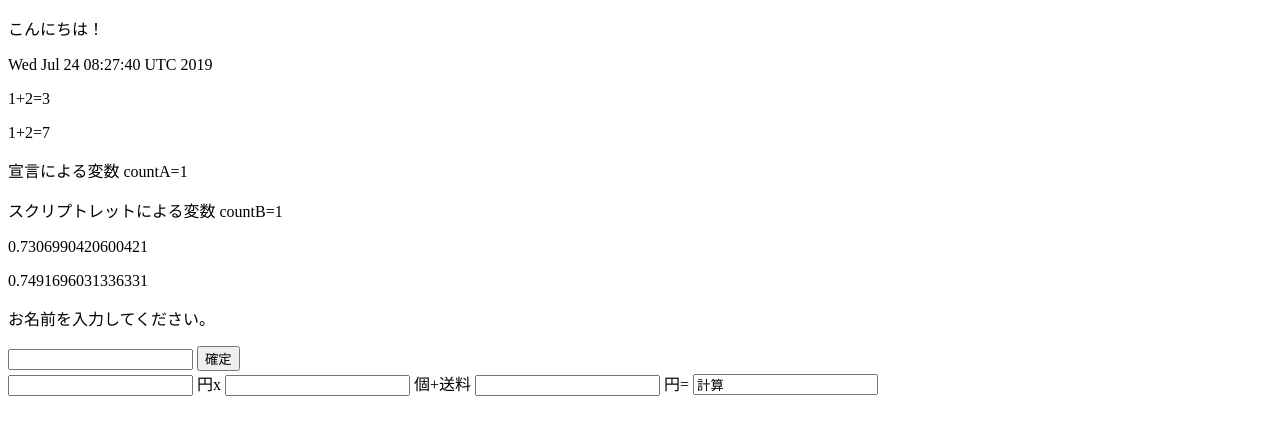
Repository: 0702tk/test
Page: http://localhost/HelloJSP/
These files come from the project's save history. The page is drawn as it stood at one moment and after the next save; the edit follows.
The browser window is 1280 px wide. The pictures show the whole page.
The page is served by Tomcat 9.

Above is the page before, as saved 2019-07-25 08:43:06.

### HelloJSP/WebContent/index.jsp
<%@ page language="java" contentType="text/html; charset=UTF-8"
    pageEncoding="UTF-8"%>
<!DOCTYPE html>
<html>
<head>
	<meta charset="UTF-8">
	<title>TEST</title>
</head>

<body>
	<p>こんにちは！</p>
	<% out.println(new java.util.Date()); %>

	<%!
	int add(int a,int b){
		return a+b;
	}
	%>
	<p>1+2=<%= add(1,2) %></p>
	<p>1+2=<%= add(3,4) %></p>

	<%! int countA=0; %>
	<%
	int countB=0;
	countA++;
	countB++;
	%>
	<p>宣言による変数 countA=<%=countA %></p>
	<p>スクリプトレットによる変数 countB=<%=countB %>

	<p><% out.println(Math.random()); %></p>
	<p><%=Math.random() %></p>

	<p>お名前を入力してください。</p>
	<form method="post" action="greeting-out.jsp">
		<input type="text" name="user">
		<input type="submit" value="確定">
	</form>

	<form method"post" action="total-out.jsp">
		<input type="text" name="price">
		円x
		<input type="text" name="count">
		個+送料
		<input type="text" name="delivery">
		円=
		<input type="text" value="計算">
	</form>
</body>
</html>

After the next save:
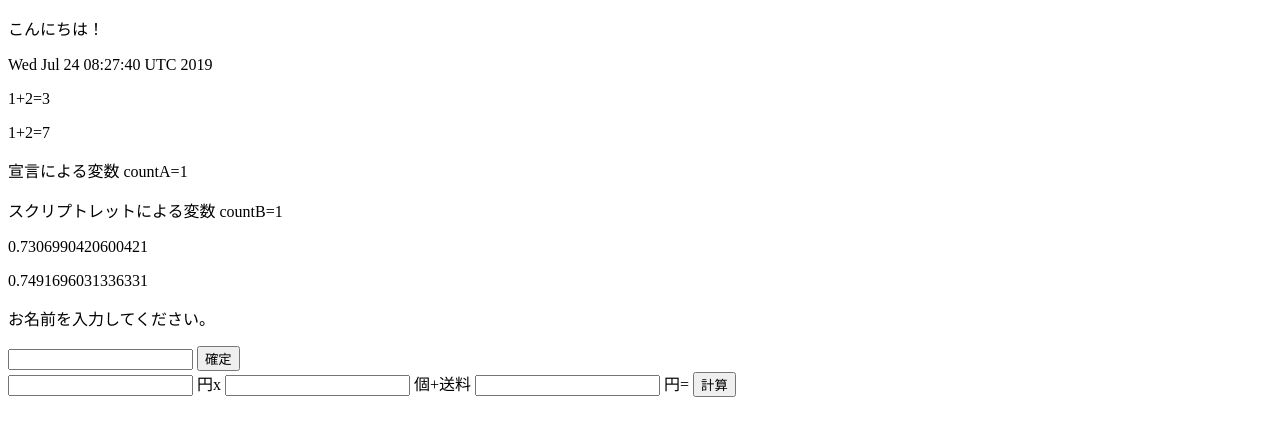
Saved 2 min 15 s later.
--- a/HelloJSP/WebContent/index.jsp
+++ b/HelloJSP/WebContent/index.jsp
@@ -44,7 +44,7 @@
 		個+送料
 		<input type="text" name="delivery">
 		円=
-		<input type="text" value="計算">
+		<input type="submit" value="計算">
 	</form>
 </body>
 </html>
